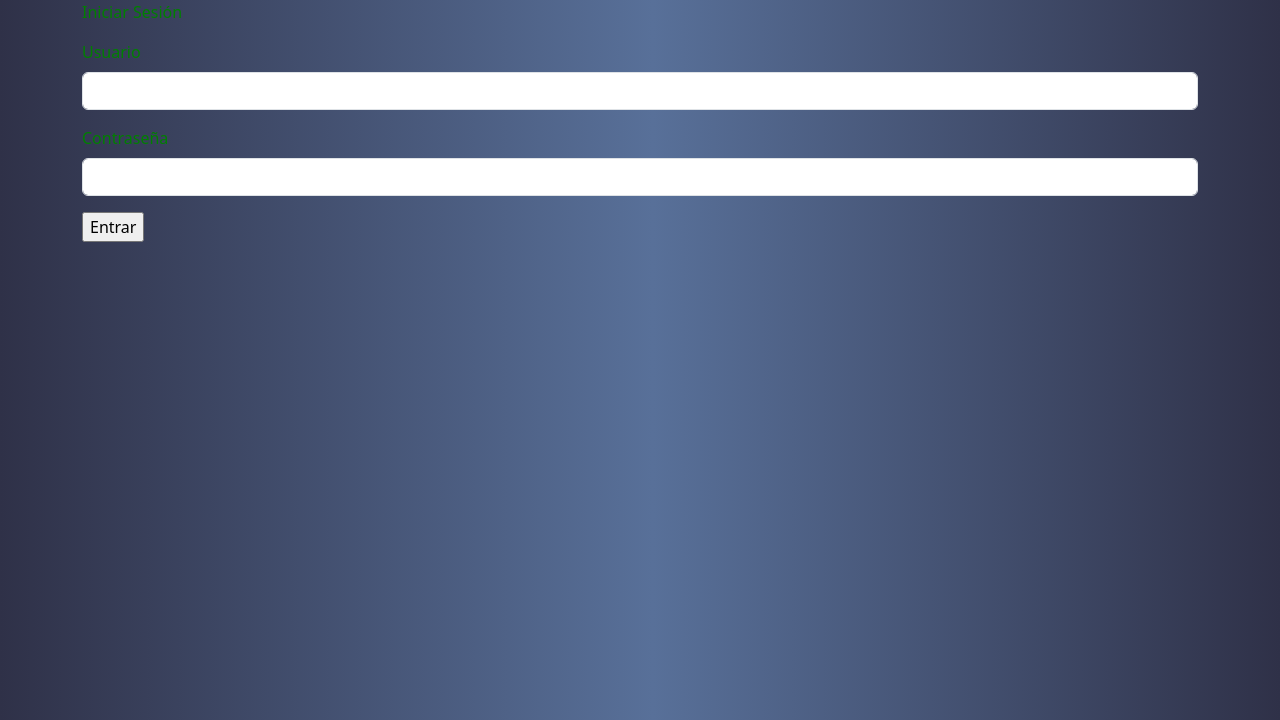
Repository: ingandresmolero/AdministrativoBarber
Page: http://localhost/
An editor plug-in stored every save of this project. The page is shown before and after the next save, followed by the edit.
The browser window is 1280 px wide. The pictures show the whole page.
The page is run by PHP 8.4 with error messages shown; the project is at /var/www/html/. Style sheets and scripts are compiled from the project's sources, by tool versions that may differ from the author's.

Above is the page before, as saved 2023-04-25 21:38:37.

After the next save:
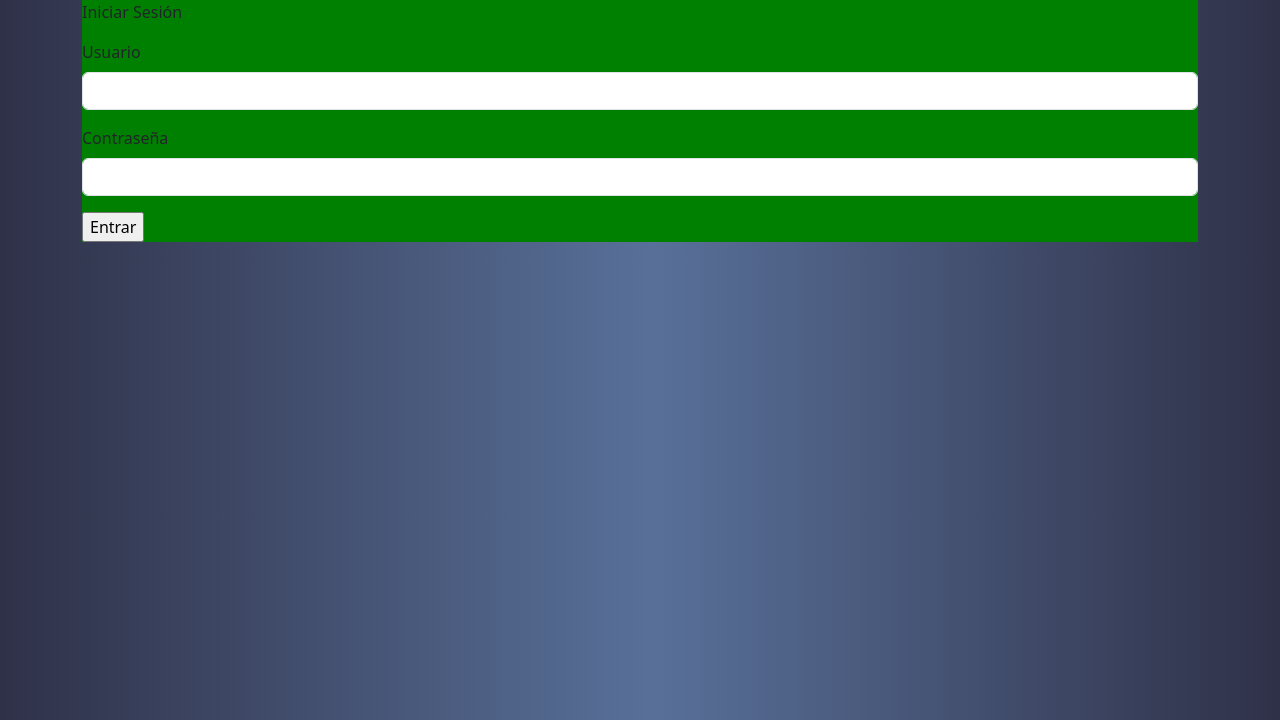
Saved 27 s later.
--- a/NEW/scss/components/login-page.scss
+++ b/NEW/scss/components/login-page.scss
@@ -6,5 +6,5 @@ body.login-page {
 }
 
 .box {
-    color: green;
+    background-color: green;
 }
